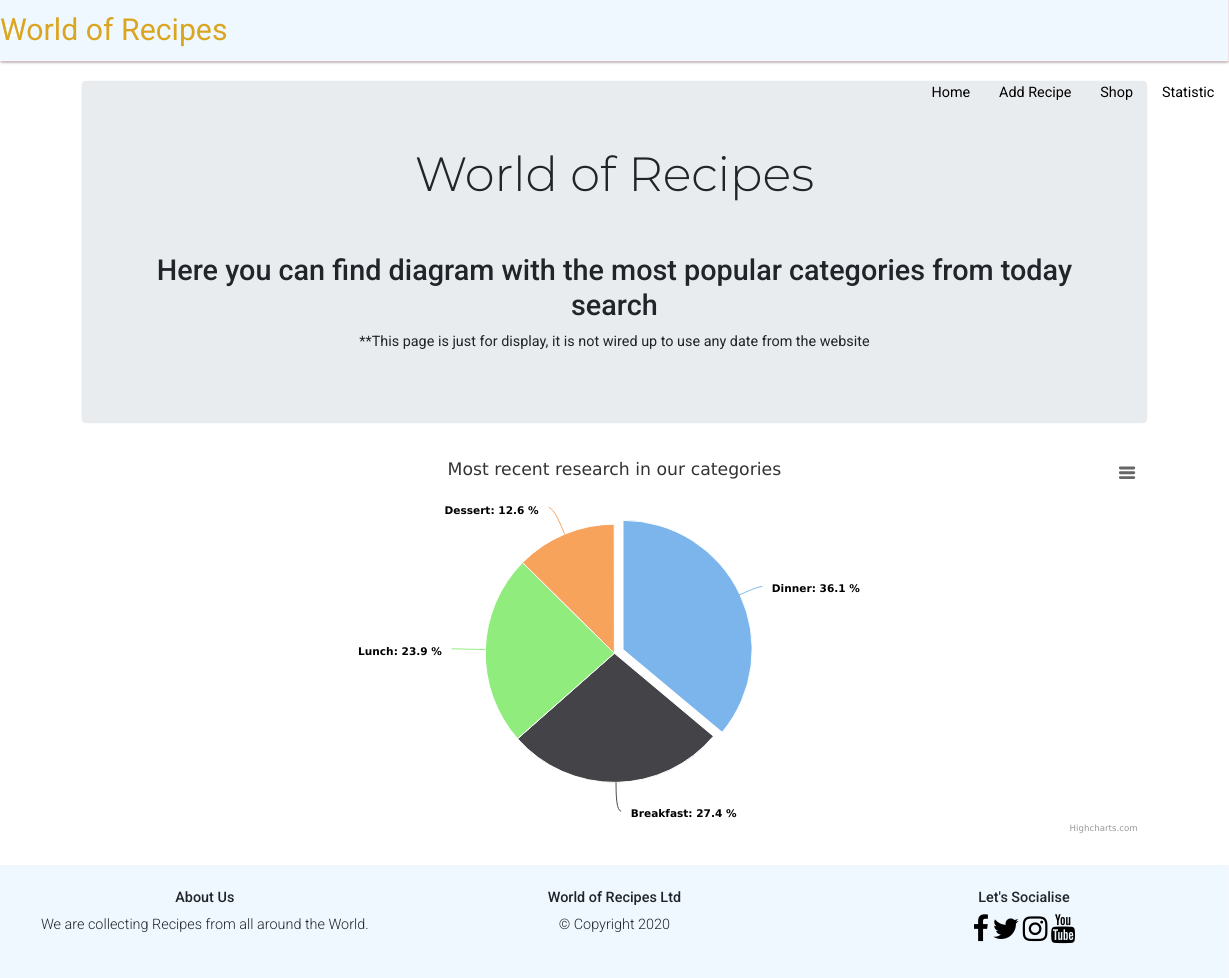
Repository: MarzDell/worldofrecipes
Page: http://localhost/stat
The author's editor kept a record of every edit. The page is drawn from the files as they stood at one moment, then again after the next edit.
The browser window is 1280 px wide. The pictures show the whole page, at 96% of full size.
Some web libraries are served in a nearby version. The page is served by the project's application, run on Flask 3 (app.py).

Above is the page before.

### templates/statistic.html
{% extends 'base.html' %} {% block content %}


<div class='jumbotron text-center'>
    <div class='container'>
        <div class='jumbo-header'><strong>World of Recipes</strong></div>
        <br>
        <br>
        <h2>Here you can find diagram with the most popular categories from today search</h2>
        <p>**This page is just for display, it is not wired up to use any date from the website</p>
    </div>
</div>

<div id='container'></div>


<script src="https://code.highcharts.com/highcharts.js"></script>
<script src="https://code.highcharts.com/modules/exporting.js"></script>
<script src="https://code.highcharts.com/modules/export-data.js"></script>
<script type="text/javascript">

    Highcharts.chart('container', {
        chart: {
            plotBackgroundColor: null,
            plotBorderWidth: null,
            plotShadow: false,
            type: 'pie'
        },
        title: {
            text: 'Most recent research in our categories'
        },
        tooltip: {
            pointFormat:'{series.name}: <b>{point.percentage:.1f}%</b>'
        },
        plotOptions: {
            pie: {
                allowPointSelect: true,
                cursor: 'pointer',
                dataLabels: {
                    enable: true,
                    format: '<b>{point.name}</b>: {point.percentage:.1f} %'
                }
            }
        },
        series: [{
            name: 'Categories',
            colorByPoint: true,
            data: [{
                name: 'Dinner',
                y: 36.10,
                sliced: true,
                selected: true
            }, {
                name: 'Breakfast',
                y: 27.40
            }, {
                name: 'Lunch',
                y: 23.90
            }, {
                name: 'Dessert',
                y: 12.60
            }]
        }]

    });
 </script>



{% endblock %}

### templates/base.html
<!DOCTYPE html>
<html lang="en">
<head>
    <link href="https://fonts.googleapis.com/icon?family=Material+Icons" rel="stylesheet">
    <link rel="stylesheet" href="https://cdnjs.cloudflare.com/ajax/libs/materialize/1.0.0/css/materialize.min.css">
    <link rel="stylesheet" href="https://maxcdn.bootstrapcdn.com/bootstrap/4.0.0/css/bootstrap.min.css" integrity="sha384-Gn5384xqQ1aoWXA+058RXPxPg6fy4IWvTNh0E263XmFcJlSAwiGgFAW/dAiS6JXm" crossorigin="anonymous">
    <link rel="stylesheet" href="https://maxcdn.bootstrapcdn.com/font-awesome/4.7.0/css/font-awesome.min.css" type="text/css" />
    <link rel="stylesheet" href="https://cdnjs.cloudflare.com/ajax/libs/hover.css/2.1.1/css/hover-min.css" type="text/css" />
    <link rel="stylesheet" href="{{ url_for('static', filename='css/style.css') }}" type="text/css" />
</head>
<body>
    <header>
        <div class='navbar-fixed'>
        <nav>
            <div class="nav-wrapper">
                <a href="{{ url_for('index') }}" class="brand-logo">World of Recipes</a>
                <a href='#' data-activates='mobile-demo' class='button-collapse'><i class='material-icons'>menu</i></a>
              <ul id="nav-mobile" class="right hide-on-med-and-down">
                    <li><a href="{{ url_for('view_recipe') }}">Home</a></li>
                    <li><a href="{{ url_for('add_recipe') }}">Add Recipe</a></li>
                    <li><a href="{{ url_for('shop') }}">Shop</a></li>
                    <li><a href="{{ url_for('stat') }}">Statistic</a></li>
                </ul>
            </div>
        </nav>
    </header>
    <div class='container'>
            {% block content %}
            {% endblock %}
    </div>

    <footer class="container-fluid ">
            <div class="row ">
                <div class="col-sm-4 ">
                    <h6 class="general about">About Us</h6>
                    <p class="inline-block ">
                        We are collecting Recipes from all around the World.
                    </p>
                </div>
                <div class="col-sm-4 ">
                    <h6 class="general copyright">World of Recipes Ltd</h6>
                    <p class="inline-block">
                        &copy; Copyright 2020
                    </p>
                </div>
                <div class="col-sm-4 ">
                    <h6 class="general social">Let's Socialise</h6>
                    <ul class="list-inline social-links ">
                        <li><a target="_blank" href="# "><i class="fa fa-facebook "></i></a></li>
                        <li><a target="_blank" href="# "><i class="fa fa-twitter "></i></a></li>
                        <li><a target="_blank" href="# "><i class="fa fa-instagram "></i></a></li>
                        <li><a target="_blank" href="# "><i class="fa fa-youtube "></i></a></li>
                    </ul>
                </div>
            </div>
        </footer>


    <script src="https://cdnjs.cloudflare.com/ajax/libs/jquery/3.4.1/jquery.min.js"></script>
    <script src="https://cdnjs.cloudflare.com/ajax/libs/materialize/1.0.0/js/materialize.min.js"></script>
    <script src="https://maxcdn.bootstrapcdn.com/bootstrap/4.0.0/js/bootstrap.min.js" integrity="sha384-JZR6Spejh4U02d8jOt6vLEHfe/JQGiRRSQQxSfFWpi1MquVdAyjUar5+76PVCmYl"
            crossorigin="anonymous"></script>

</body>
</html>

### app.py
import os
from flask import Flask, render_template, redirect, request, url_for
from flask_pymongo import PyMongo
from bson.objectid import ObjectId
from pymongo import TEXT


app = Flask(__name__)
app.config['MONGO_DBNAME'] = 'recipe_manager'
app.config['MONGO_URI'] = 'mongodb+srv://Cat:Kot@myfirstcluster-tlipu.mongodb.net/recipe_manager?retryWrites=true&w=majority'

mongo = PyMongo(app)

recipes = mongo.db.recipes
the_recipe = mongo.db.recipes
categories = mongo.db.categories

mongo.db.recipes.create_index([('$**', 'text')])

@app.route('/')
@app.route('/index')
def index():
    return render_template('index.html')

@app.route('/shop')
def shop():
    return render_template('shop.html')

@app.route('/view_recipe')
def view_recipe():
    records = list(mongo.db.recipes.find())
    return render_template('view.html', recipes=records)

@app.route('/view_specific/<recipe_id>', methods=['GET', 'POST'])
def view_specific(recipe_id):
    mongo.db.recipes.update({'_id': ObjectId(recipe_id)},
                            {'$inc': {'views': 1}})
    the_recipe = mongo.db.recipes.find_one({'_id': ObjectId(recipe_id)})
    all_categories = mongo.db.categories.find()
    return render_template('individual_recipe.html',
                            recipe=the_recipe, categories=all_categories)

@app.route('/add_recipe')
def add_recipe():
    return render_template('insert.html',
                           categories=mongo.db.categories.find())

@app.route('/insert', methods=['POST'])
def insert():
    recipes = mongo.db.recipes
    payload = request.form.to_dict()
    payload.update({'views': 0})
    recipes.insert_one(payload)
    return redirect(url_for('view_recipe'))


@app.route('/edit/<recipe_id>', methods=['GET', 'POST'])
def edit(recipe_id):
    the_recipe = mongo.db.recipes.find_one
    ({"_id": ObjectId(recipe_id)})
    all_categories = mongo.db.categories.find()
    return render_template('edit_recipe.html', recipe=the_recipe, categories=all_categories)

@app.route('/update/<recipe_id>', methods=['POST'])
def update(recipe_id):
    recipes = mongo.db.recipes
    recipes.update({"_id": ObjectId(recipe_id)}, {
        "img": request.form.get('img'),
        "categories": request.form.get('categories'),
        "title": request.form.get('title'),
        "ingredients": request.form.get('ingredients'),
        "method": request.form.get('method'),
        "nutrition": request.form.get('nutrition'),
        "time": request.form.get('time'),
        "author": request.form.get('author'),
    })
    return redirect( url_for('view_recipe'))


@app.route('/delete/<recipe_id>')
def delete(recipe_id):
    mongo.db.recipes.delete_one({ "_id":ObjectId(recipe_id)})
    return redirect( url_for('view_recipe'))


@app.route('/search', methods=['GET', 'POST'])
def search():
    title = request.form.get('search')
    find = {'$text': {'$search':title}}
    results = mongo.db.recipes.find(find)
    return render_template('view.html', recipes=results, count=results.count())

@app.route('/count/<recipe_id>', methods=['GET', 'POST'])
def count():
    count = mongo.db.recipes.find({'_id': ObjectId(recipe_id)})
    mongo.db.recipes.update({'_id': ObjectId(recipe_id)},
                            {'$inc':{'view': 1}})
    return render_template('view.html', recipe=count)

@app.route('/stat')
def stat():
    return render_template('statistic.html')

if __name__ == '__main__':
    app.run(host=os.environ.get('IP'),
    port=int(os.environ.get('PORT')),
    debug=True)

### static/css/style.css
@import url('https://fonts.googleapis.com/css?family=Montserrat:100,200,300,400,500,600,700|Roboto:100,200,300,400,500,600,700');

body {
    background-color: white;
    margin: 0px;
    padding: 0px;
    font-family: 'Roboto' , sans-serif;
}

/***Landing Page***/

.background-container {
    background-image: url('https://newsroom.pinterest.com/sites/default/files/inline-images/Pinterest-100-c-blog-food_0.jpg');
    background-position: center center;
    background-repeat: no-repeat;
    background-attachment: fixed;
    background-size: cover;
    background-color: #f0f8ff;
    height: -webkit-fill-available;
    height: -moz-available;
    height: fill-available;
    width: 100%;

}

.header-landing {
    margin-top: 150px;
    font-size: 100px;
    color: black;
    text-align: center;
    font-family: 'Roboto', sans-serif;
    font-weight: 700;
}

.enter-button {

    margin-left: auto;
    margin-right: auto;
    width: 50%;
    font-size: 80px;
    background-color: transparent;

}
.btn {
    background-color: #DAA520;
    font-family: 'Montserrat', sans-serif;
    color: black;
}

a {
    color: black;
}

a:hover {
    text-decoration: none;
    color: black;
}

/*** Nav***/

.nav-wrapper {
    background-color: #f0f8ff;
}

nav .brand-logo,
nav ul a {
    color:black;
}

nav .brand-logo:hover ,
nav ul a:hover {
    color: #DAA520;
}


/*** Home Page***/
.header {
    text-align: center;
    font-size: 20px;
    font-family: 'Montserrat', sans-serif;
    font-weight: 300;
    margin-top: 50px;
}

strong {
    font-size: 50px;
    font-family: 'Montserrat', sans-serif;
    font-weight: 300;
}

#search {
    text-align: center;
    font-size: 30px;
    font-family: 'Montserrat', sans-serif;
    font-weight: 400;
    margin-bottom: 15px;
}

#search: after{
    background-color: transparent;
}

.view{
    margin-top:20px;

}


/***Shop Page***/

.background-container-shop {
    background-image: url('https://cdn.dribbble.com/users/2918596/screenshots/6200802/isometric_online_shopping_light_grain.jpg');
    background-position: center center;
    background-repeat: no-repeat;
    background-attachment: fixed;
    background-size: cover;
    background-color: #f0f8ff;
    height: -webkit-fill-available;
    height: -moz-available;
    height: fill-available;
    width: 100%;
}


.shop {
    color: #DAA520;
    text-align: center;
    text-shadow: 2px 2px black;
}


/***Statistic Page***/

.jumbotron {
    margin-top: 20px;
}

/*** Footer***/
footer {
    background-color: #f0f8ff;
    margin: 0 auto;
    position: absolute;
    margin-top: 30px;
    padding-top: 25px;
}

.col-sm-4 {
    text-align: center;
}

.fa {
    font-size: 30px;
}

.col-sm-4 {
    font-family: 'Roboto', sans-serif;
    font-weight: 300;
}
li {
    display: inline-block;
}
.fa:hover {
    color: #DAA520;
}



/***Media Queries***/


@media (max-width: 600px) {
    .
}




@media (min-width: 576px) {
    .header-landing {
        font-size: 150px;
    }
    .btn {
        height: 100px;
        width: 250px;
        font-size: 40px;
    }
}

After the next edit:
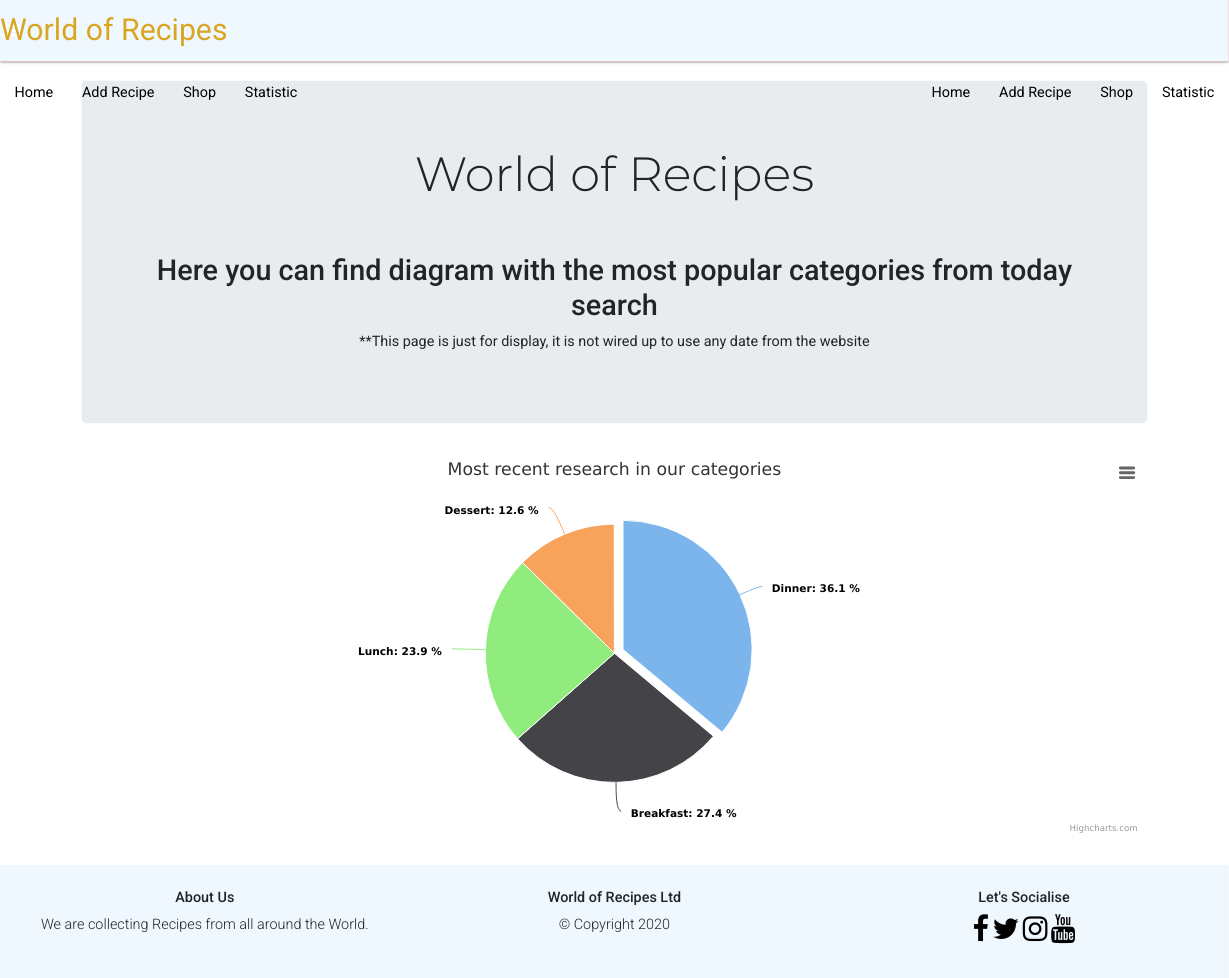
The edit:
--- a/templates/base.html
+++ b/templates/base.html
@@ -16,6 +16,12 @@
                 <a href="{{ url_for('index') }}" class="brand-logo">World of Recipes</a>
                 <a href='#' data-activates='mobile-demo' class='button-collapse'><i class='material-icons'>menu</i></a>
               <ul id="nav-mobile" class="right hide-on-med-and-down">
+                    <li><a href="{{ url_for('view_recipe') }}">Home</a></li>
+                    <li><a href="{{ url_for('add_recipe') }}">Add Recipe</a></li>
+                    <li><a href="{{ url_for('shop') }}">Shop</a></li>
+                    <li><a href="{{ url_for('stat') }}">Statistic</a></li>
+                </ul>
+                <ul class='side-nav' id='mobile-demo'>
                     <li><a href="{{ url_for('view_recipe') }}">Home</a></li>
                     <li><a href="{{ url_for('add_recipe') }}">Add Recipe</a></li>
                     <li><a href="{{ url_for('shop') }}">Shop</a></li>
